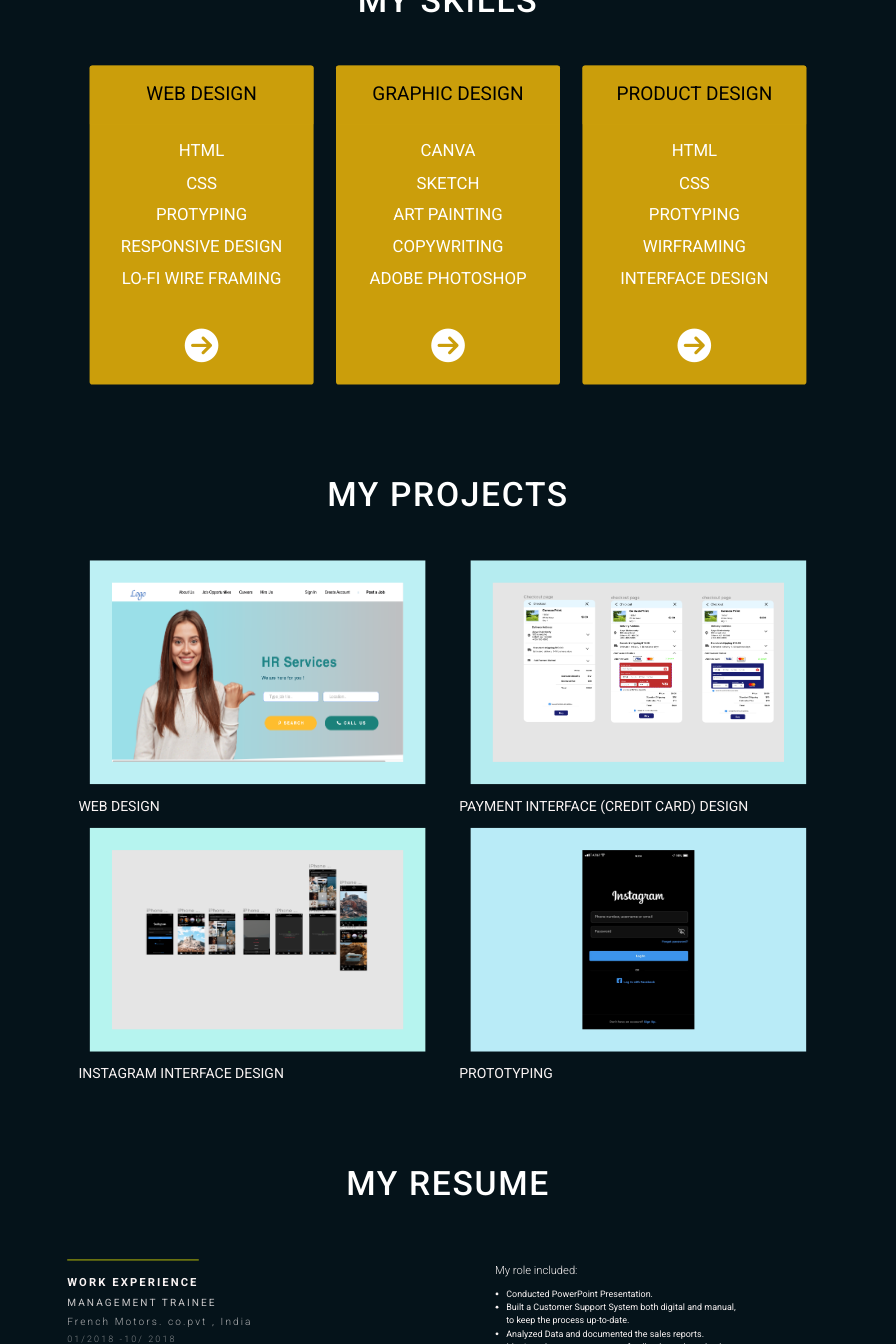
Repository: ajeyamajumder/Ajeya-Web-Portfolio-Design
Page: index.html
An editor plug-in stored every save of this project. The page is shown before and after the next save, followed by the edit.
The browser window is 1280 px wide. The pictures show the part of the page from y = 1578 to 3498 px (the page is 4349 px tall), at 70% of full size.
Some web fonts or font styles are not loaded; a fallback is used. Some web libraries are served in a nearby version.

Above is the page before, as saved 2023-03-12 21:11:23.

After the next save:
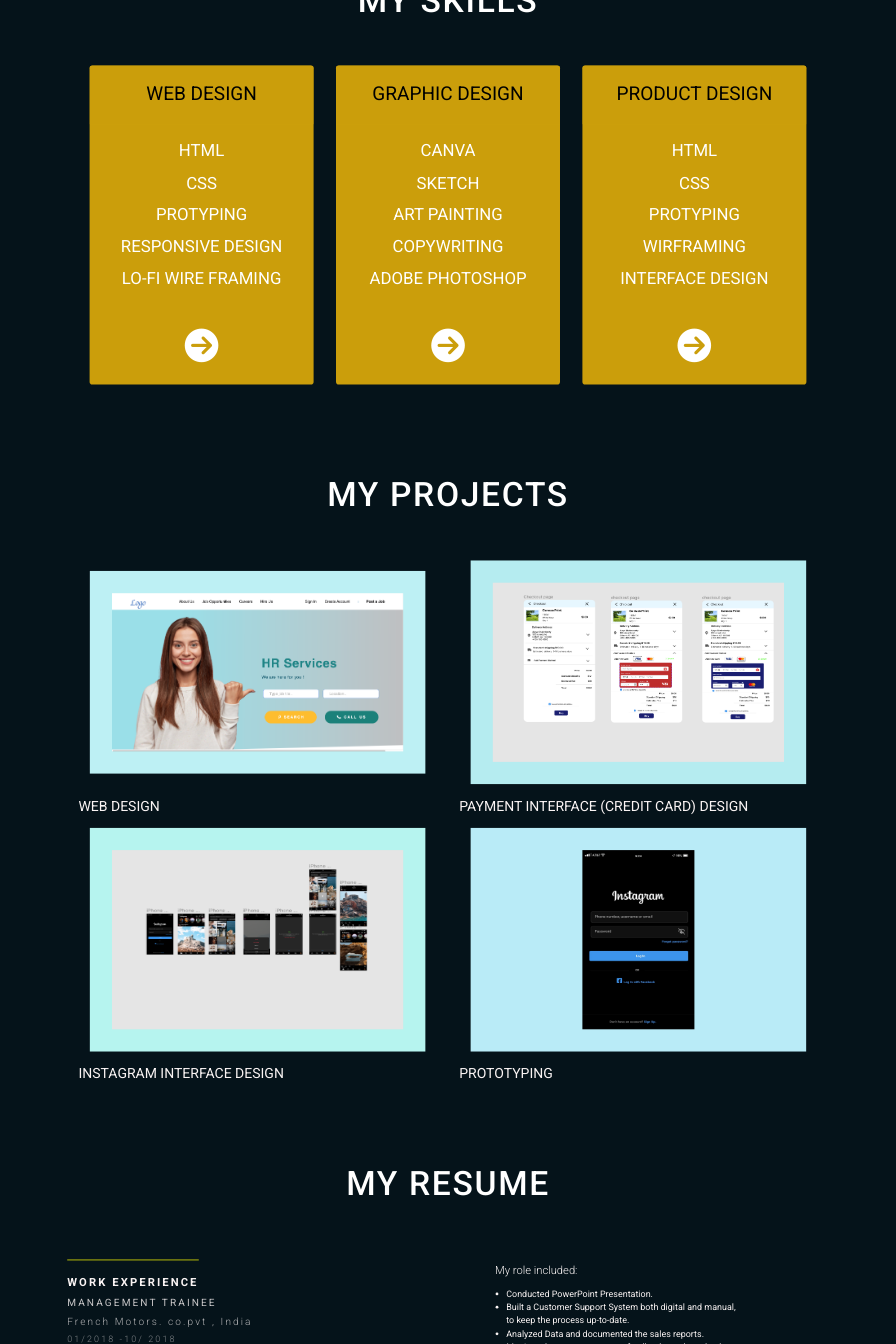
Saved 24 s later.
--- a/index.html
+++ b/index.html
@@ -155,7 +155,7 @@
 </header>
 <div class=" grid media grid--1X2 grid--1x4">
 
- <picture><a href="https://github.com/ajeyamajumder/HR-Services.git" target="_blank">
+ <picture><a class="tab href="https://github.com/ajeyamajumder/HR-Services.git" target="_blank">
 <img class="tab tab1"  src="images/tab1 .webp" alt=" Web Designing">
  </a>WEB DESIGN</picture>
 

After the 2 saves that followed:
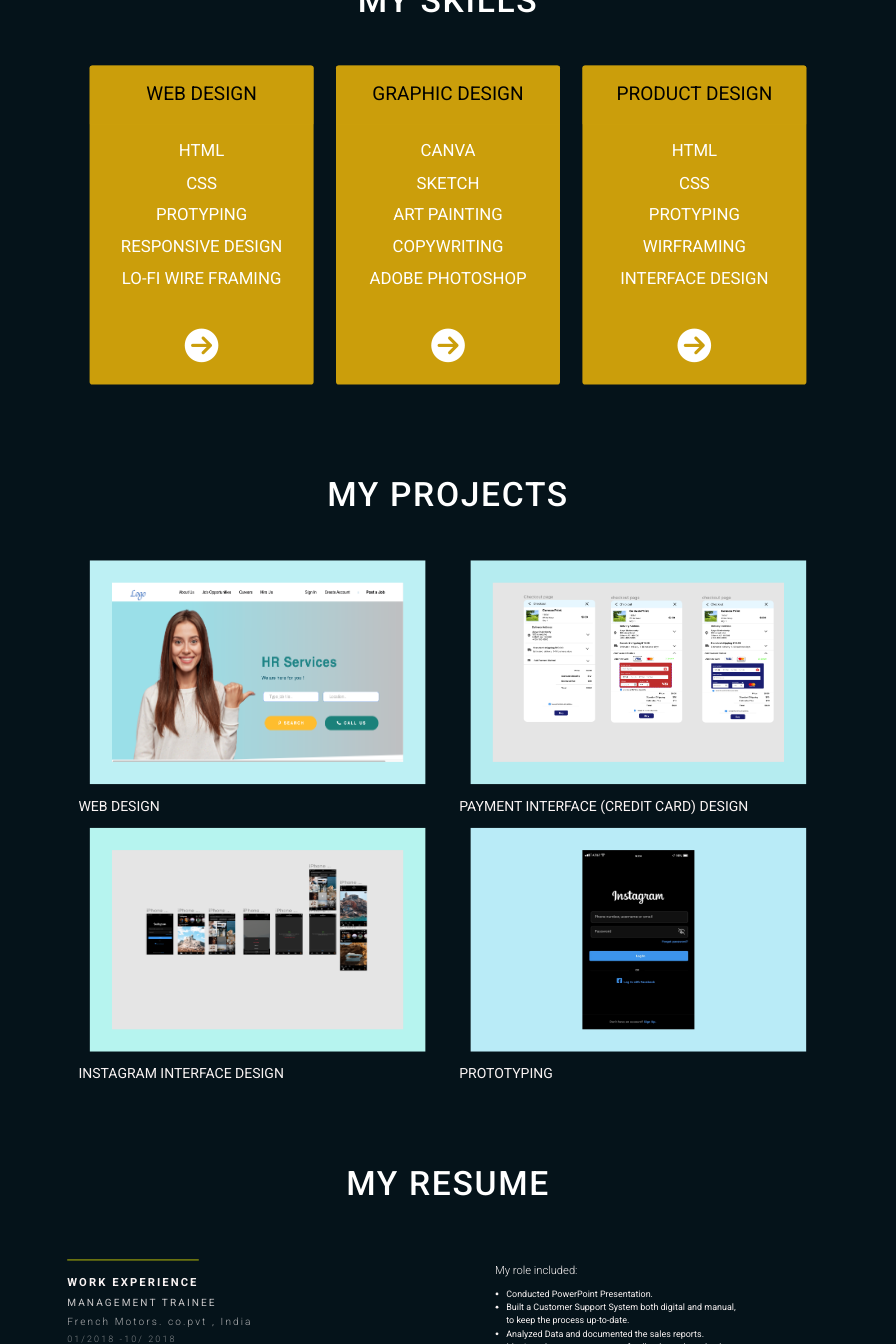
The 2 saves are shown as one change because 1 left the picture as it was.
The last was saved 17 s later.
--- a/index.html
+++ b/index.html
@@ -155,7 +155,7 @@
 </header>
 <div class=" grid media grid--1X2 grid--1x4">
 
- <picture><a class="tab href="https://github.com/ajeyamajumder/HR-Services.git" target="_blank">
+ <picture><a href="https://github.com/ajeyamajumder/HR-Services.git" target="_blank">
 <img class="tab tab1"  src="images/tab1 .webp" alt=" Web Designing">
  </a>WEB DESIGN</picture>
 
